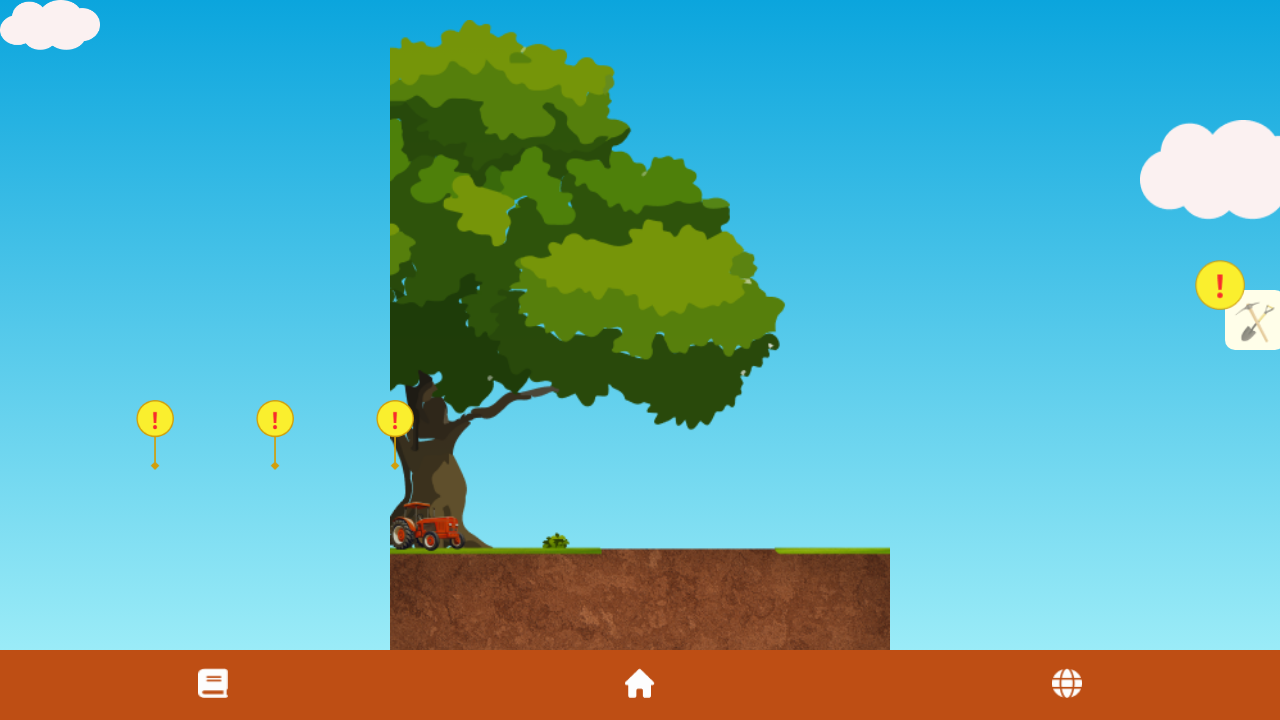
Repository: kobuchisouta/kome-app
Page: /
These files come from the project's save history. The page is drawn as it stood at one moment and after the next save; the edit follows.
The browser window is 1280 px wide. The pictures show the whole page.
The project was rebuilt for these pictures with package versions that can differ from the ones it lists, and the page was loaded fresh each time. The framework's server and built-in components were replaced by stand-ins that run in the browser. Also part of the build but not shown: next.config.ts.

Above is the page before, as saved 2025-01-29 11:06:52.

### src/app/layout.tsx
import type { Metadata } from "next";
import localFont from "next/font/local";
import "./globals.css";
import Footer from "./components/footer/Footer";

const geistSans = localFont({
  src: "./fonts/GeistVF.woff",
  variable: "--font-geist-sans",
  weight: "100 900",
});
const geistMono = localFont({
  src: "./fonts/GeistMonoVF.woff",
  variable: "--font-geist-mono",
  weight: "100 900",
});

export const metadata: Metadata = {
  title: "Create Next App",
  description: "Generated by create next app",
};

export default function RootLayout({
  children,
}: Readonly<{
  children: React.ReactNode;
}>) {
  return (
    <html lang="ja">
      <body>
        <header>
        </header>
        <main>

          {children}
        </main>
        <Footer />
      </body>
    </html>

  );
}

### src/app/page.tsx
"use client";
import Head from 'next/head';
import Image from 'next/image';
import { useState } from 'react';
import styles from './page.module.css'; // モジュールCSS
import Link from 'next/link';

export default function Home() {
  const [isModalOpen, setIsModalOpen] = useState(false);

  const openModal = () => setIsModalOpen(true);
  const closeModal = () => setIsModalOpen(false);

  return (
    <>
      <Head>
        <title>米⭐︎すたー</title>
        <meta name="viewport" content="width=device-width,initial-scale=1.0,minimum-scale=1.0" />
        <meta name="description" content="ここに説明文を設定" />
      </Head>

      <main className={styles.main}>
        <div className={styles.contents}>
          <div className={styles.clouds}>
            <p className={styles.cloud1}>
              <Image src="/cloud1.png" alt="雲" width={100} height={50} />
            </p>
            <p className={styles.cloud2}>
              <Image src="/cloud2.png" alt="雲" width={170} height={100} />
            </p>
          </div>

          <div className={styles.tools}>
            <div className={styles.toolBar}>
              <p>
                <Image src="/tools.png" alt="道具" width={50} height={50} />
              </p>
            </div>
            <div className={styles.lookUp}>
              <p>
                <Image src="/pickup.png" alt="見て" width={50} height={50} />
              </p>
            </div>
          </div>

          <div className={styles.stages}>
            <div className={styles.stagePick}>
              <a className={`${styles.stage} ${styles.modalOpen}`} onClick={openModal}>
                <Image src="/pick.png" alt="クリック" width={70} height={70} />
              </a>
              <a className={`${styles.stage} ${styles.modalOpen}`} onClick={openModal}>
                <Image src="/pick.png" alt="クリック" width={70} height={70} />
              </a>
              <a className={`${styles.stage} ${styles.modalOpen}`} onClick={openModal}>
                <Image src="/pick.png" alt="クリック" width={70} height={70} />
              </a>
            </div>

            {isModalOpen && (
              <div className={styles.modal}>
                <div className={styles.modalInner}>
                  <div className={styles.modalContent}>
                    <div className={styles.modalHeader}>
                      <h1>土地選びと購入準備</h1>
                    </div>
                    <div className={styles.modalBody}>
                      <Link href={"/home"}>エリア調査</Link>
                      <Link href={"/home"}>土地の購入</Link>
                      <a href="#">土地の整地</a>
                      <a href="#">水利権の確認</a>
                      <a href="#">情報収集</a>
                    </div>
                    <div className={styles.modalFooter}>
                      <span className={styles.modalClose} onClick={closeModal}>
                        閉じる
                      </span>
                    </div>
                  </div>
                </div>
              </div>
            )}

            <div className={styles.stageImg}>
              <a className={styles.stage1}>
                <Image src="/ine.png" alt="稲" width={50} height={50} />
              </a>
              <a className={styles.stage2}>
                <Image src="/makimaki.png" alt="田植え" width={70} height={70} />
              </a>
              <a className={styles.stage3}>
                <Image src="/sawasawa.png" alt="手入れ" width={70} height={70} />
              </a>
            </div>
          </div>
        </div>
      </main>
    </>
  );
}

### src/app/globals.css
* {
	margin: 0;
	padding: 0;
	box-sizing: border-box;
}
body {
	color: var(--foreground);
	background: var(--background);
	font-family: Arial, Helvetica, sans-serif;
	-webkit-font-smoothing: antialiased;
	-moz-osx-font-smoothing: grayscale;
	display: flex;
	flex-direction: column;
	width: 100%;
	height: 100%;
	margin: 0 auto;
}

* {
	box-sizing: border-box;
	text-decoration: none;
	list-style: none;
}

html {
	width: 100%;
	height: 100vh;
}

### src/app/components/footer/Footer.tsx

import Image from 'next/image';
import styles from './style.module.css';

export default function Footer() {
    return (
        <footer className={styles.footer}>
            <a href='/book' className={styles.book}>
                <Image src="/book.png" alt="book" width={30} height={30} />
            </a>
            <a href='/' className={styles.home}>
                <Image src="/house.png" alt="house" width={30} height={30} />
            </a>
            <a href='/news' className={styles.globe}>
                <Image src="/globe.png" alt="globe" width={30} height={30} />
            </a>
        </footer>
    );
}

### src/app/page.module.css
.main {
	background: url("/tree.png"), linear-gradient(#0ba5dd 0%, #aaf3fa 100%);
	background-repeat: no-repeat, no-repeat;
	background-position: bottom, center; /* 画像を中央に配置 */
	background-size: 500px 700px, auto; /* グラデーションは自動サイズ、画像はカバー */
	width: 100%;
	height: 100vh;
	position: fixed;
}

.contents {
	z-index: 100;
}

.clouds {
	.cloud1 {
		position: absolute;
	}

	.cloud2 {
		position: absolute;
		top: 120px;
		right: -30px;
	}
}
.tools {
	background: #fffee9;
	border-radius: 10px;
	width: 60px;
	height: 60px;
	position: absolute;
	right: -5px;
	top: 290px;

	.toolBar img {
		position: absolute;
		top: 8px;
		left: 4px;
	}

	.lookUp img {
		position: absolute;
		left: -30px;
		top: -30px;
	}
}

.stages {
	.stageImg {
		position: relative;
		display: flex;
		gap: 50px;
		top: 692px;
		left: 130px;
	}

	.stagePick {
		position: absolute;
		bottom: 220px;
		left: 120px;
		display: flex;
		gap: 20px;
		align-items: flex-end;
		background-color: transparent; /* 必要に応じて透明に設定 */
	}
	.stagePick:hover {
		animation: poyopoyo 2s ease-out infinite;
		opacity: 1;
	}
	@keyframes poyopoyo {
		0%,
		40%,
		60%,
		80% {
			transform: scale(1.0);
		}
		50%,
		70% {
			transform: scale(0.95);
		}
	}

	.stagePick {
		background-color: none;
	}

	.stage {
		position: relative;
		width: 100px;
		height: 100px;
	}
	.stage img {
		object-fit: contain;
	}
}

.modal {
	position: fixed;
	top: 0;
	left: 0;
	width: 100%;
	height: 100%;
	background-color: rgba(0, 0, 0, 0.5);
	display: flex;
	justify-content: center;
	align-items: center;
	z-index: 1000;
}

.modalInner {
	background-color: #f2ac3b;
	padding: 20px;
	border-radius: 10px;
	width: 80%;
	max-width: 500px;
}

.modalHeader,
.modalBody,
.modalFooter {
	margin-bottom: 10px;
	display: flex;
	justify-content: center;
	align-items: center;
	flex-direction: column;
	gap: 10px;
}

.modalHeader h1 {
	color: #fff;
	font-size: 1.5rem;
}

.modalBody a {
	color: #fff;
	border: #fff solid 1px;
	width: 100%;
	height: 50px;
	font-weight: bold;
	text-align: center;
	line-height: 50px;
	border-radius: 8px;
}

.modalClose {
	width: 150px;
	height: 50px;
	border-radius: 8px;
	text-align: center;
	line-height: 50px;
	background: #fff;
}
@keyframes modalopen {
	from {
		opacity: 0;
	}
	to {
		opacity: 1;
	}
}

.modal-header h1 {
	margin: 1rem 0;
}

.modal-close {
	font-size: 1.8rem;
}

.modal-close:hover {
	cursor: pointer;
}

### src/app/components/footer/style.module.css
.footer {
	width: 100%;
	height: 70px;
	display: flex;
	justify-content: space-around;
	align-items: center;
	background: #be4e14;
	z-index: 100;
	position: fixed;
	bottom: 0;
}

After the next save:
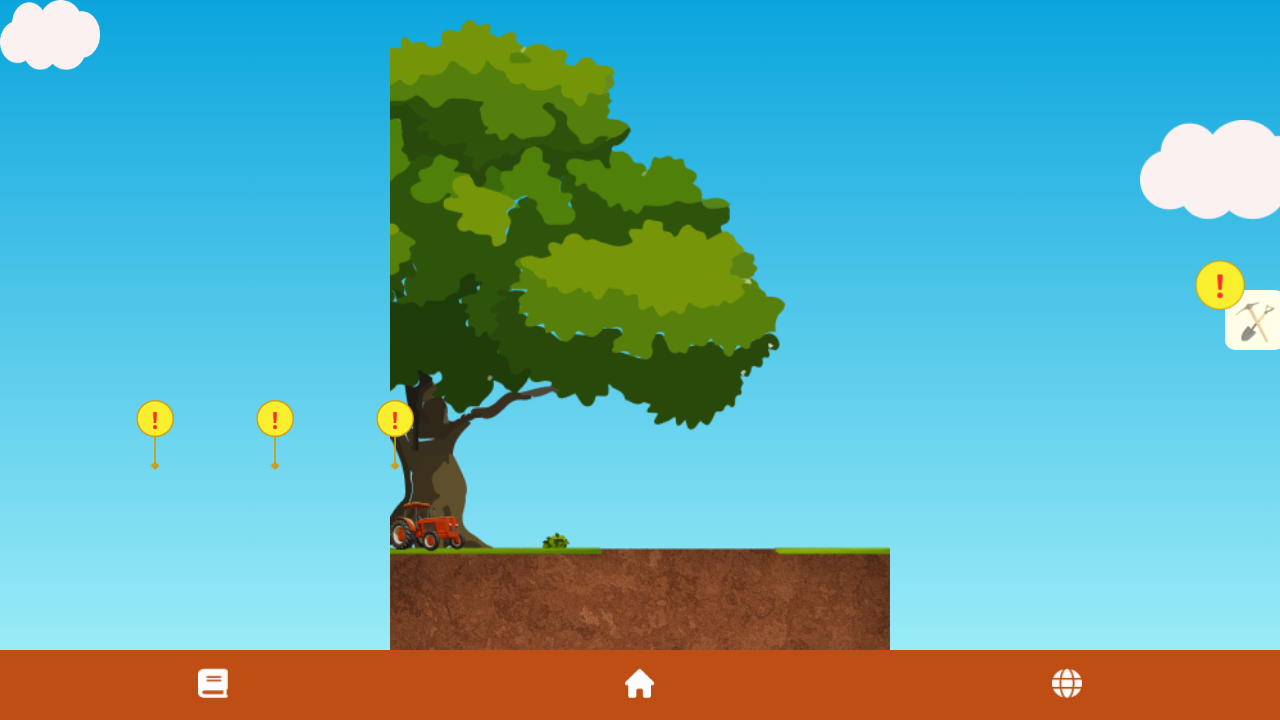
Saved 7 s later.
--- a/src/app/page.tsx
+++ b/src/app/page.tsx
@@ -23,7 +23,7 @@ export default function Home() {
         <div className={styles.contents}>
           <div className={styles.clouds}>
             <p className={styles.cloud1}>
-              <Image src="/cloud1.png" alt="雲" width={100} height={50} />
+              <Image src="/cloud1.png" alt="雲" width={100} height={70} />
             </p>
             <p className={styles.cloud2}>
               <Image src="/cloud2.png" alt="雲" width={170} height={100} />
